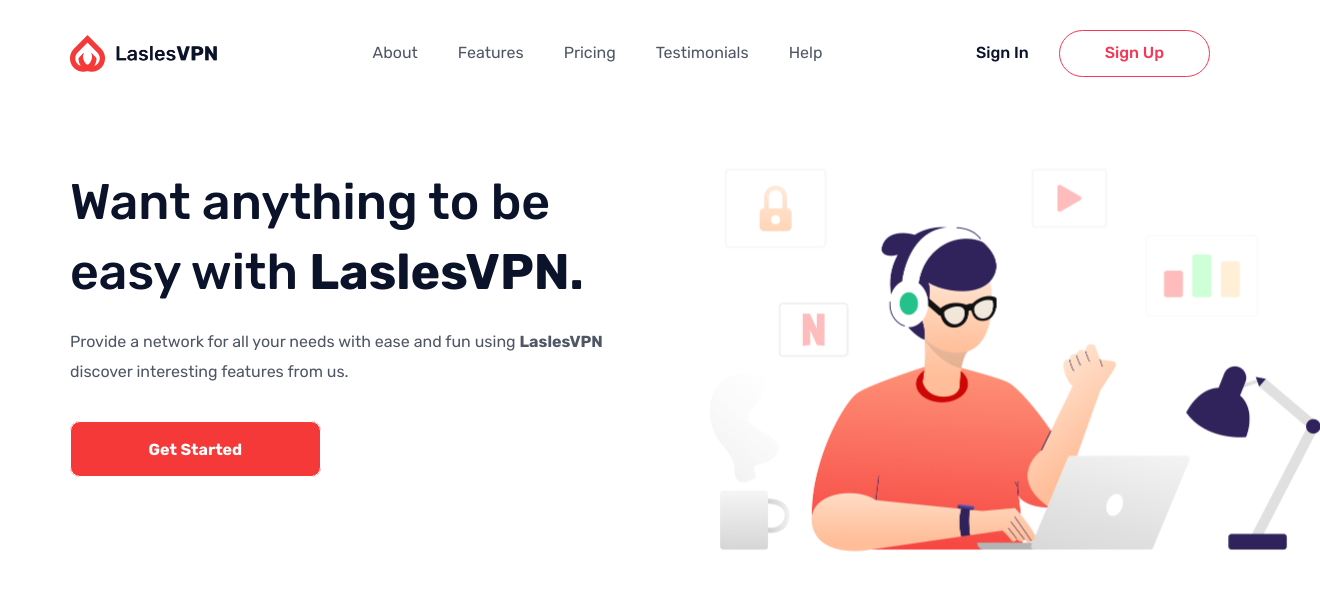
Repository: thefellowshiplotr/lasles_recode
Page: index.html
An editor plug-in stored every save of this project. The page is shown before and after a run of saves, followed by the edit.
The browser window is 1280 px wide. The page is 1320 px wide, so the pictures cover 1320 px, including what lies to the right of the window. The pictures show the whole page.
The style sheet was rebuilt from its Sass, Less or Tailwind sources for each picture, by a compiler version that may differ from the author's.

Above is the page before, as saved 2022-10-28 13:53:54.

After the next 2 saves:
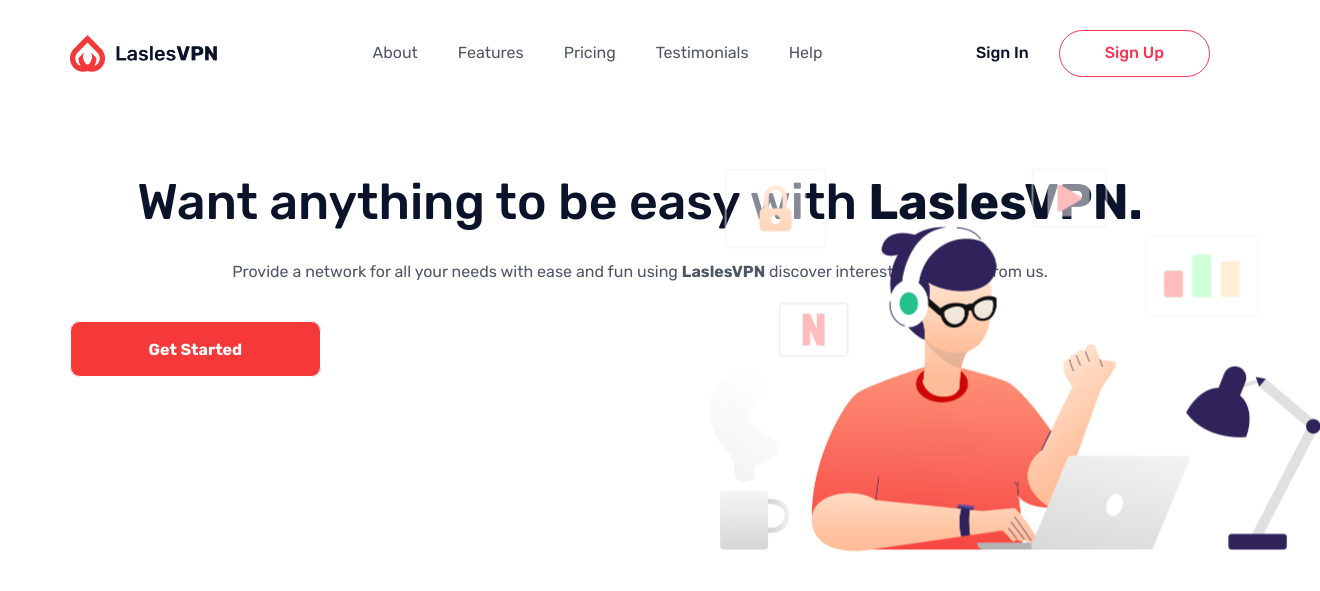
The 2 saves are shown as one change because they came seconds apart.
The last was saved 69 s later.
--- a/sass/_hero.scss
+++ b/sass/_hero.scss
@@ -1,7 +1,7 @@
 .hero {
   &-content {
-    max-width: 555px;
-    width: 100%;
+    // max-width: 555px;
+    // width: 100%;
     display: flex;
     align-items: center;
     flex-direction: column;

After the save that followed:
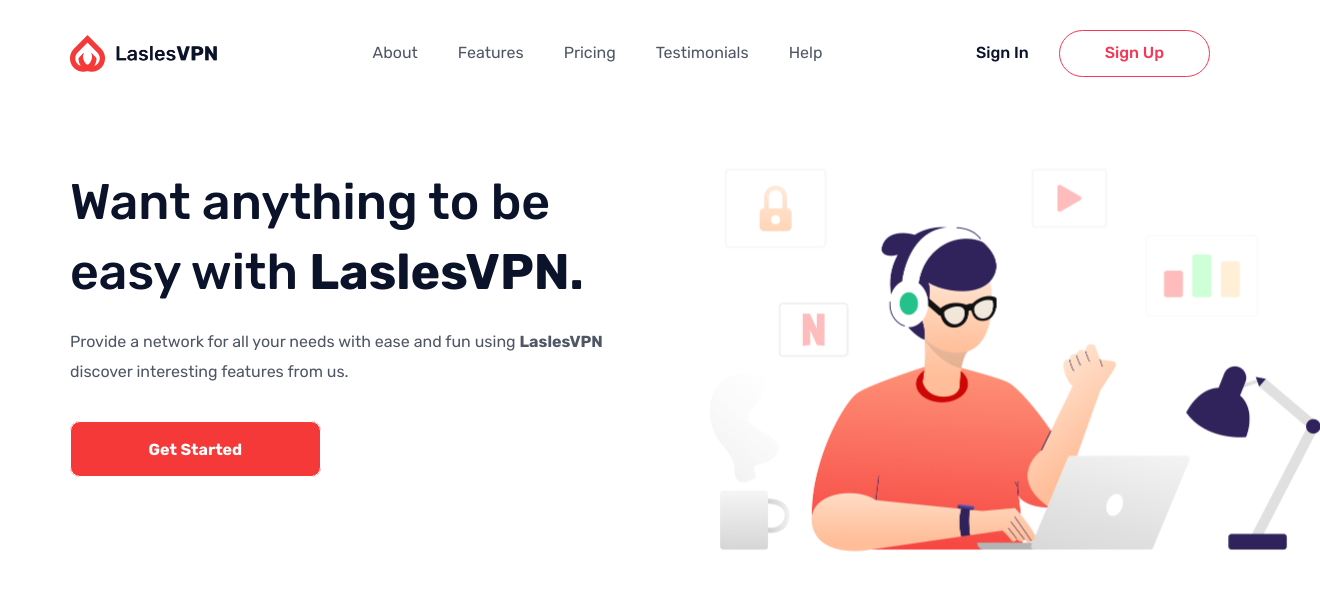
Saved 5 s later.
--- a/sass/_hero.scss
+++ b/sass/_hero.scss
@@ -1,7 +1,7 @@
 .hero {
   &-content {
-    // max-width: 555px;
-    // width: 100%;
+    max-width: 555px;
+    width: 100%;
     display: flex;
     align-items: center;
     flex-direction: column;
